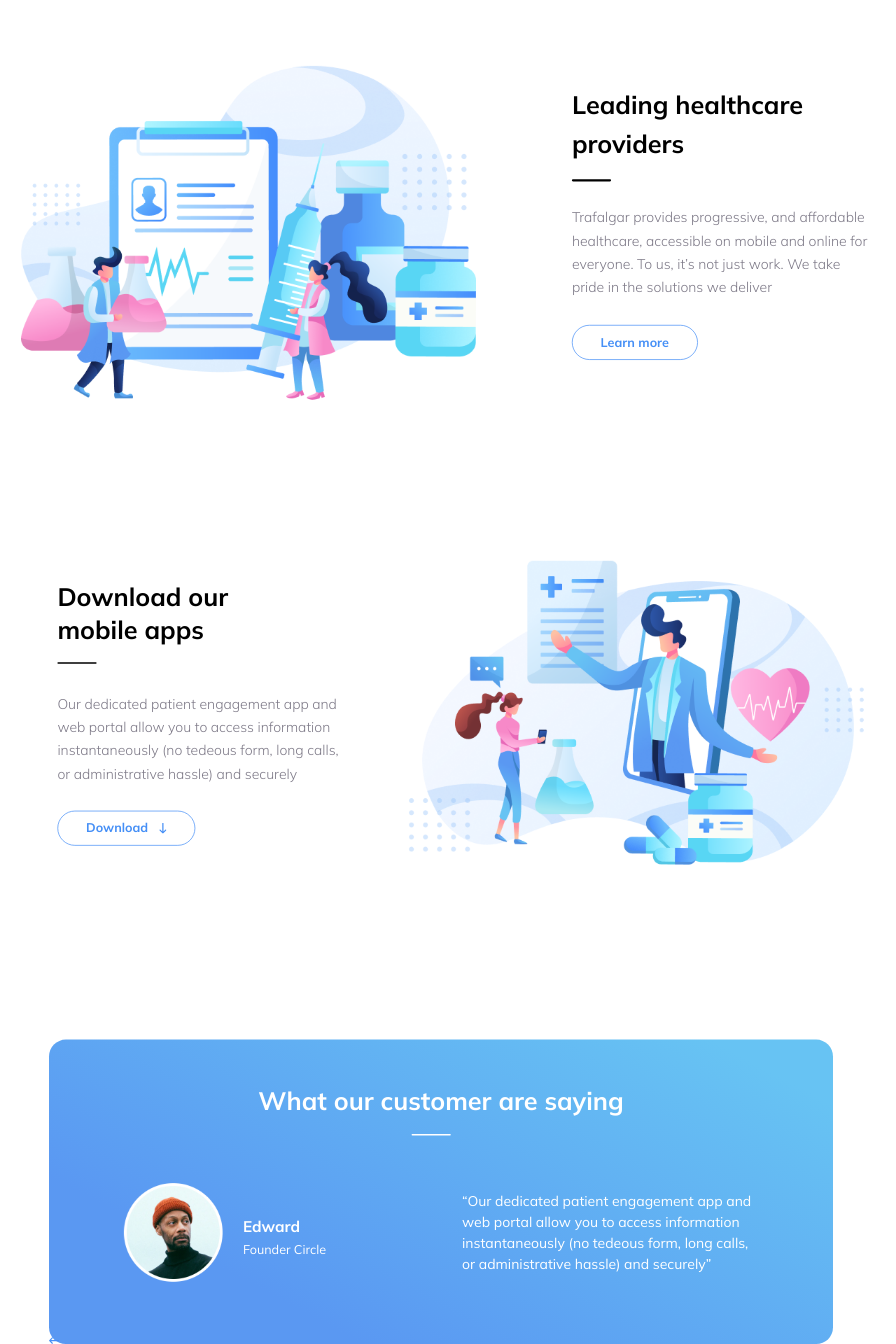
Repository: tungcutte35/Trafalgar
Page: index.html
An editor plug-in stored every save of this project. The page is shown before and after the next save, followed by the edit.
The browser window is 1280 px wide. The pictures show the part of the page from y = 2193 to 4113 px (the page is 4113 px tall), at 70% of full size.
The style sheet was rebuilt from its Sass, Less or Tailwind sources for each picture, by a compiler version that may differ from the author's.

Above is the page before, as saved 2021-10-19 15:21:25.

After the next save:
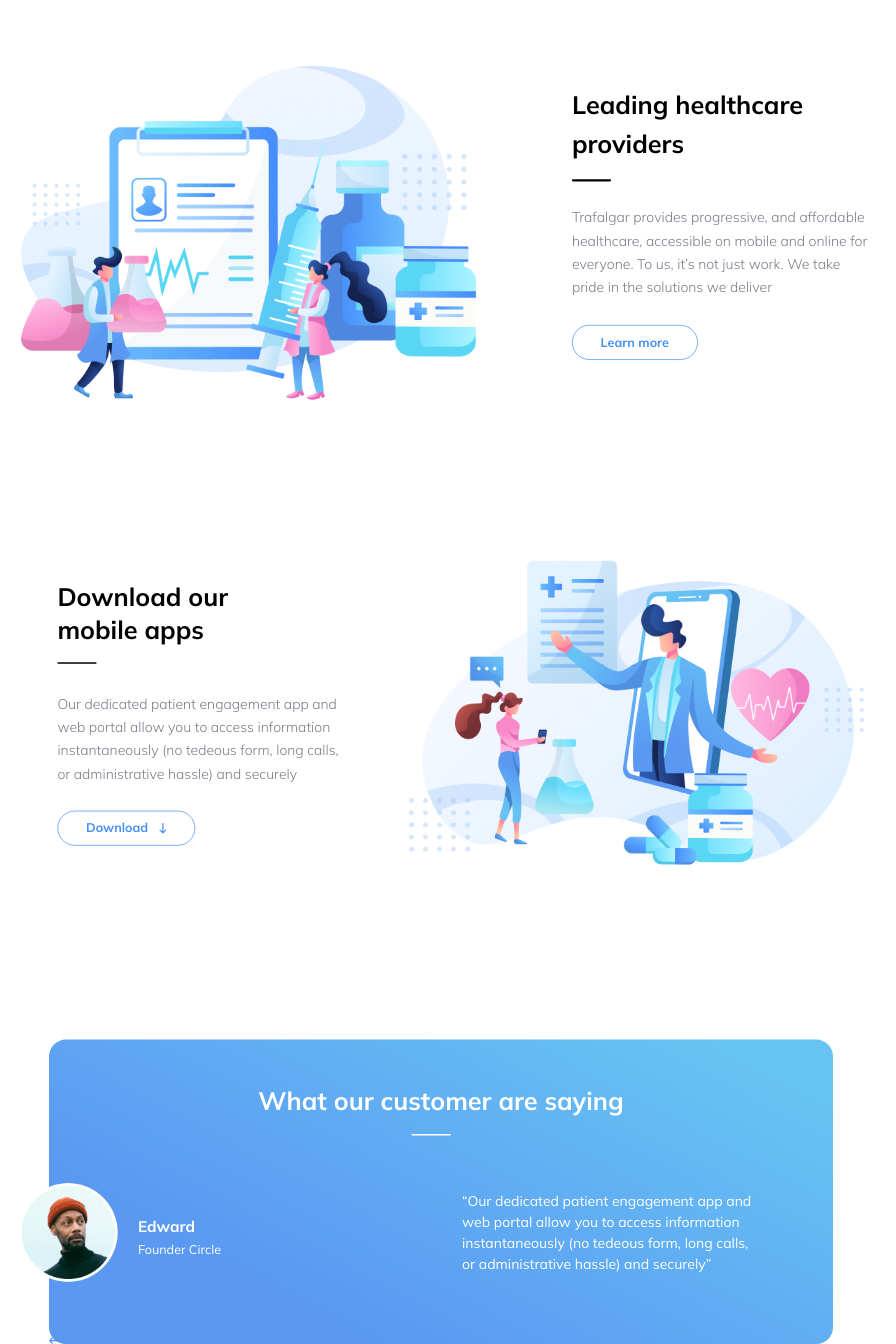
Saved 5 s later.
--- a/sass/_customer.scss
+++ b/sass/_customer.scss
@@ -35,7 +35,7 @@
     justify-content: space-between;
     align-items: center;
     gap: 0 175px;
-    margin-left: 192px;
+    margin-left: 42px;
   }
   &-img {
     max-width: 141px;

After the save that followed:
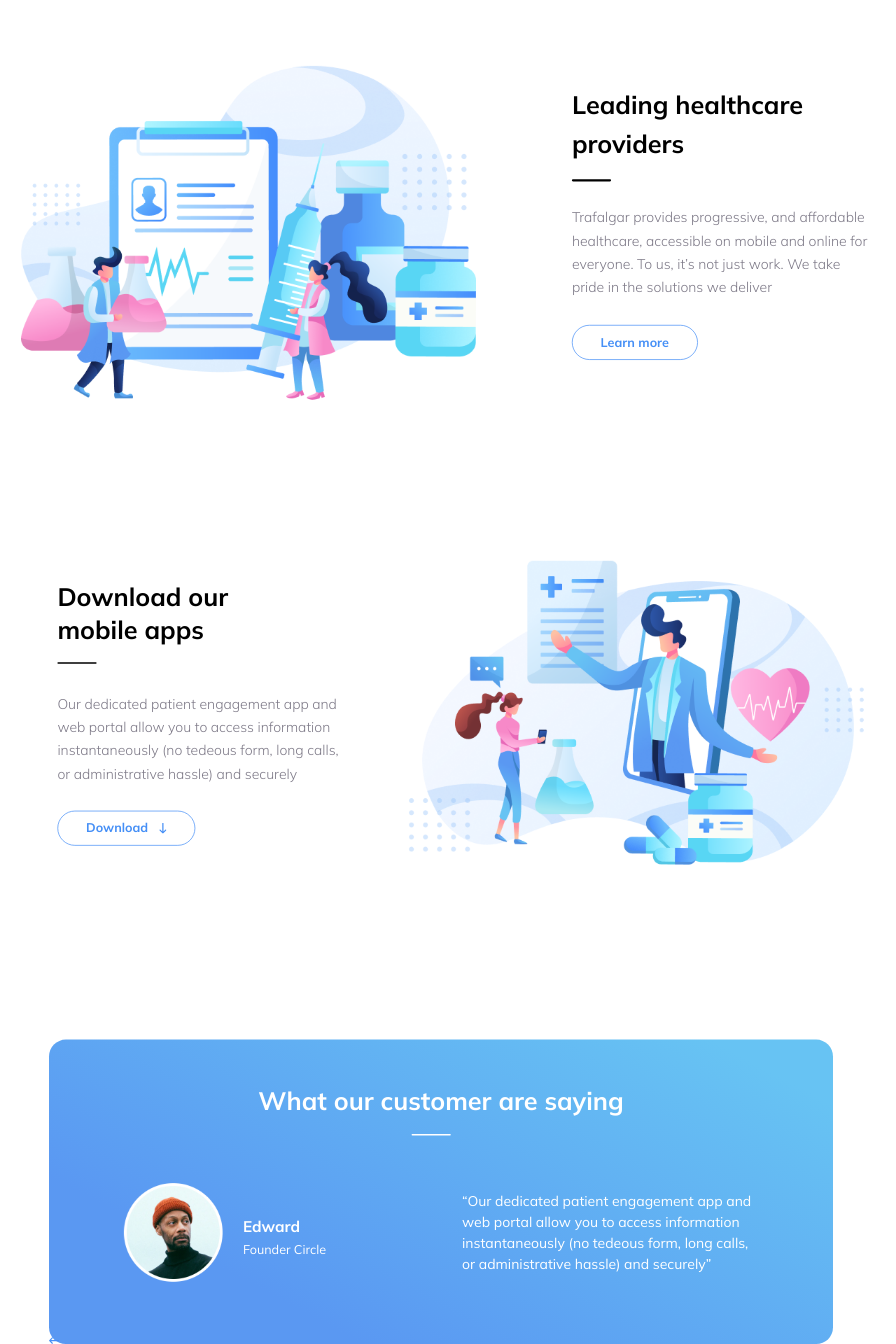
Saved 7 s later.
--- a/sass/_customer.scss
+++ b/sass/_customer.scss
@@ -35,7 +35,7 @@
     justify-content: space-between;
     align-items: center;
     gap: 0 175px;
-    margin-left: 42px;
+    margin-left: 192px;
   }
   &-img {
     max-width: 141px;
